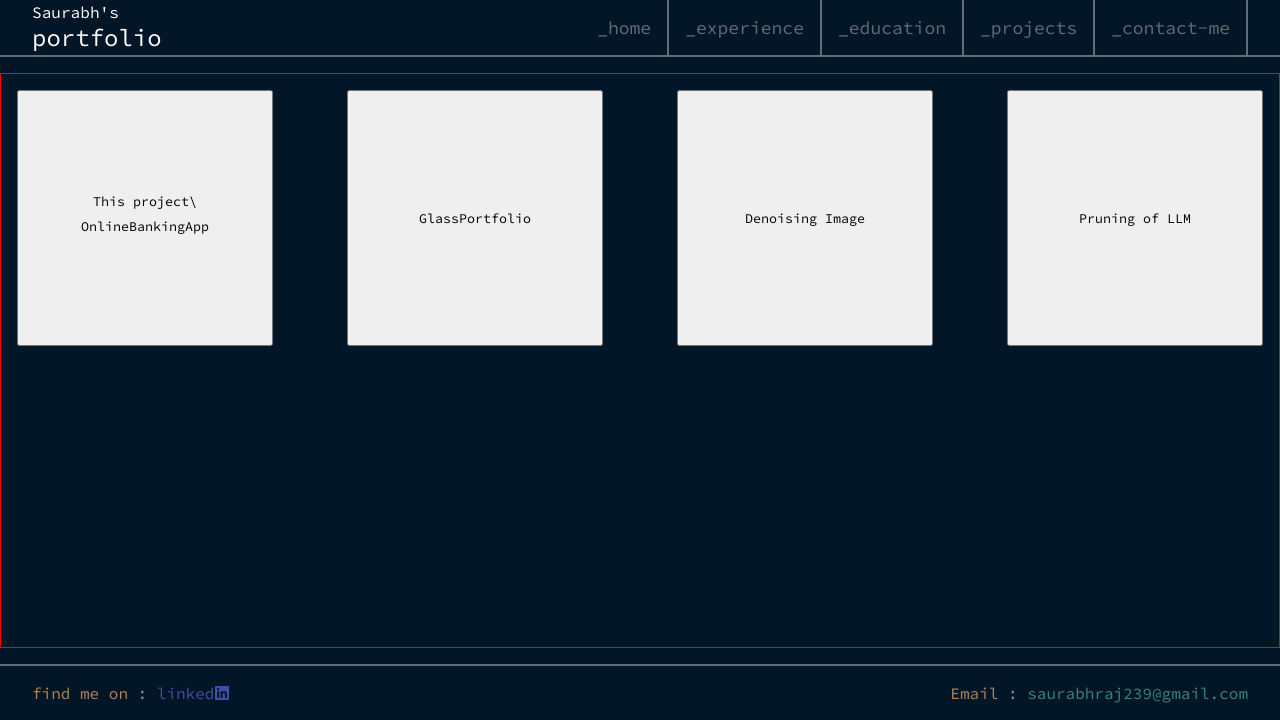
Repository: saurabhraj23/FrontendReactPortfolio
Page: /projects
The author's editor kept a copy of each file at every save. The page is drawn from the files as they stood at one save, then again after the next save.
The browser window is 1280 px wide. The pictures show the whole page.
The pointer rests on the first visible `.project-item`.
The project was rebuilt for these pictures with package versions that can differ from the ones it lists, and the page was loaded fresh each time. Also part of the build but not shown: vite.config.js, src/components/Education.jsx, src/components/Experience.jsx, src/components/Contacts.jsx, src/styles/default-page.css, src/components/DefaultPage.jsx.

Above is the page before, as saved 2024-07-23 03:19:23.

After the next save:
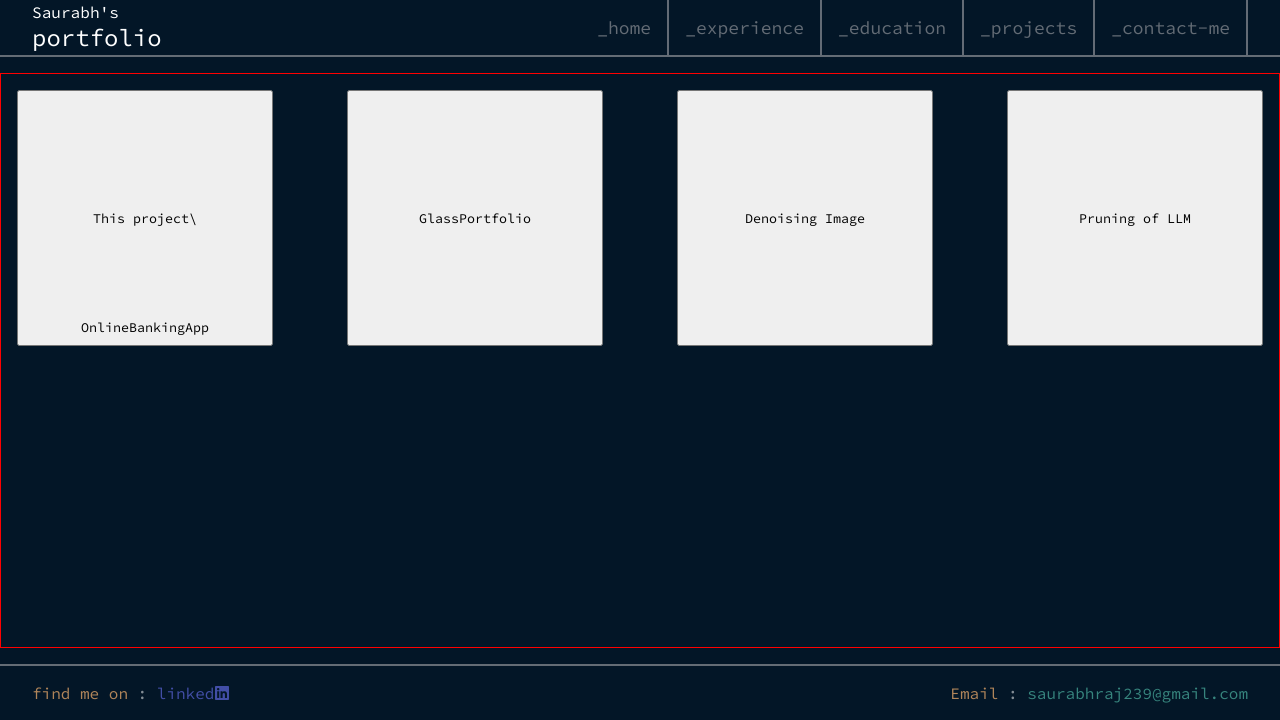
Saved 20 s later.
--- a/src/styles/project.css
+++ b/src/styles/project.css
@@ -44,11 +44,11 @@
 .project-item:hover span:first-child{
   display: contents;
 }
+
 .project-item:hover span:last-child{
-  .project-item>span:last-child :hover{
-
-}
-
-.project-item>span:last-child :hover{
-
+  width: 100%;
+  position: absolute;
+  bottom: 0;
+  text-align: center;
+  width: 100%;
   }
